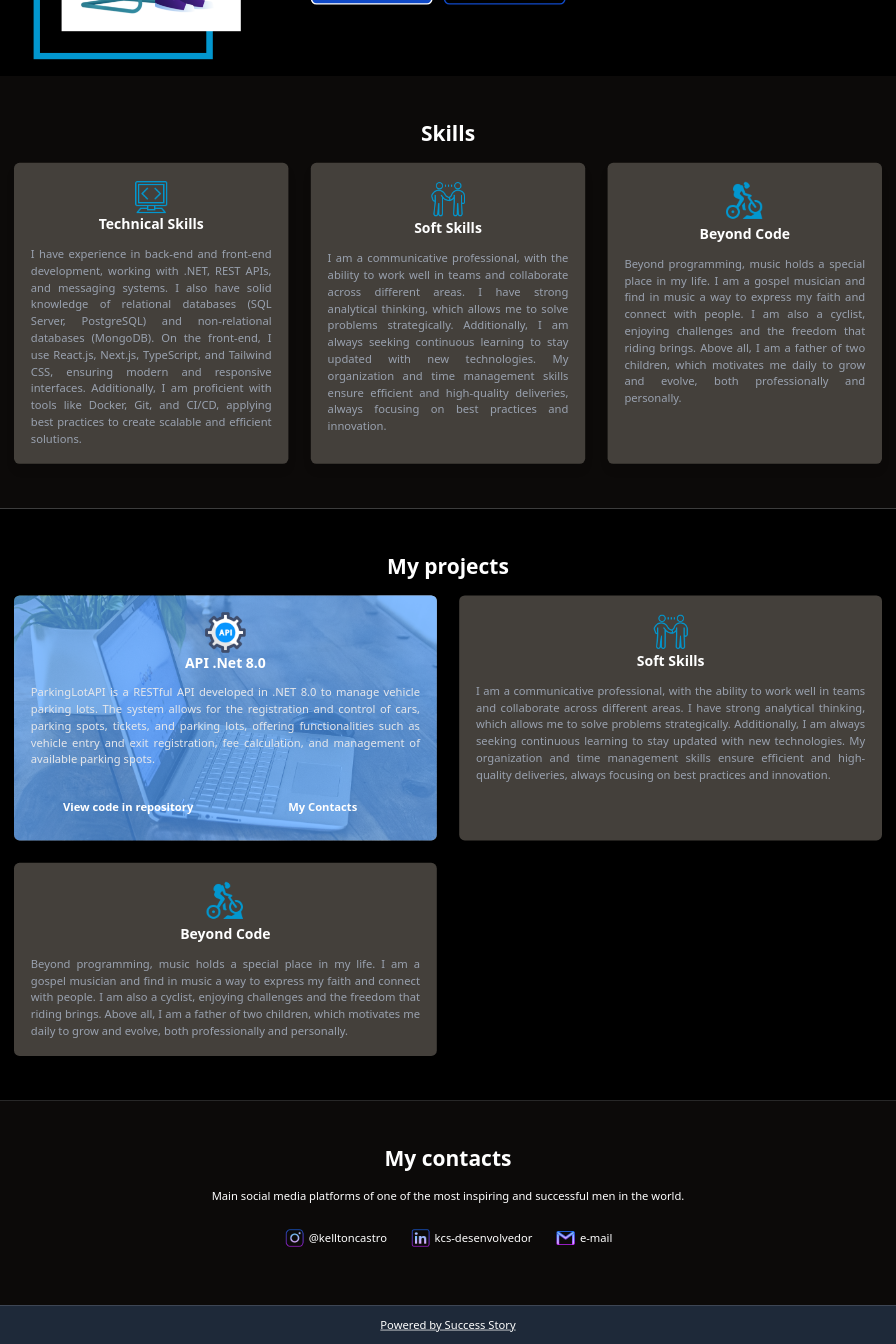
Repository: kcsdesenvolvedor/portfolio
Page: src/index.html
These files come from the project's save history. The page is drawn as it stood at one moment and after the next save; the edit follows.
The browser window is 1280 px wide. The pictures show the part of the page from y = 862 to 2782 px (the page is 2782 px tall before and 2758 px after), at 70% of full size.

Above is the page before, as saved 2025-03-04 21:57:54.
Console error: TypeError: Cannot read properties of null (reading 'textContent')

### src/index.html
<!DOCTYPE html>
<html lang="en">
<head>
    <meta charset="UTF-8">
    <meta name="viewport" content="width=device-width, initial-scale=1.0">
    <link rel="icon" href="./img/favicon.png" type="image/x-icon">
    <link href="./output.css" rel="stylesheet">
    <title>Mansour-Page</title>
    <style>
        .typing-container {
        font-family: 'Courier New', monospace;
        font-size: 24px;
        color: #333;
        white-space: nowrap;
        overflow: hidden;
        border-right: 2px solid black;
        display: inline-block;
        animation: blink-caret 0.7s step-end infinite;
        }

        #typing-text {
            height: 40px;
        }

        @keyframes blink-caret {
        from, to {
            border-color: transparent;
        }
        50% {
            border-color: black;
        }
        }


        @keyframes fadeIn {
            from {
                opacity: 0;
                transform: translateY(20px);
            }
            to {
                opacity: 1;
                transform: translateY(0);
            }
        }

        .fade-in {
            animation: fadeIn 1s ease-in-out;
        }
    </style>
</head>
<body class="bg-gray-100 font-sans">
    <header>
        <nav class="fixed top-0 z-50 w-full px-4 py-4 flex justify-between items-center bg-stone-950">
            <a class="text-3xl font-bold leading-none" href="#">
                <img class="w-16" src="./img/logo.png" alt="">
            </a>
            <div class="lg:hidden">
                <button class="navbar-burger flex items-center text-blue-600 p-3">
                    <svg class="block h-4 w-4 fill-current" viewBox="0 0 20 20" xmlns="http://www.w3.org/2000/svg">
                        <title>Mobile menu</title>
                        <path d="M0 3h20v2H0V3zm0 6h20v2H0V9zm0 6h20v2H0v-2z"></path>
                    </svg>
                </button>
            </div>
            <ul class="hidden absolute top-1/2 left-1/2 transform -translate-y-1/2 -translate-x-1/2 lg:mx-auto lg:flex lg:items-center lg:w-auto lg:space-x-20">
                <li><a class="text-sm text-blue-600/80 dark:text-sky-400/80 hover:text-white" href="#home">Home</a></li>
                <li><a class="text-sm text-blue-600/80 dark:text-sky-400/80 hover:text-white" href="#about">About Me</a></li>
                <li><a class="text-sm text-blue-600/80 dark:text-sky-400/80 hover:text-white" href="#achievements">Achievements</a></li>
                <li><a class="text-sm text-blue-600/80 dark:text-sky-400/80 hover:text-white" href="#contact">My Contacts</a></li>
            </ul>
        </nav>
        <div class="navbar-menu fixed top-0 z-50 w-full hidden">
            <div class="navbar-backdrop fixed inset-0 bg-gray-800 opacity-25"></div>
            <nav class="fixed top-0 left-0 bottom-0 flex flex-col w-5/6 max-w-sm py-6 px-6 bg-white border-r overflow-y-auto">
                <div class="flex items-center mb-8">
                    <a class="mr-auto text-3xl font-bold leading-none" href="#">
                        <img class="w-16" src="./img/logo.png" alt="">
                    </a>
                    <button class="navbar-close">
                        <svg class="h-6 w-6 text-gray-400 cursor-pointer hover:text-gray-500" xmlns="http://www.w3.org/2000/svg" fill="none" viewBox="0 0 24 24" stroke="currentColor">
                            <path stroke-linecap="round" stroke-linejoin="round" stroke-width="2" d="M6 18L18 6M6 6l12 12"></path>
                        </svg>
                    </button>
                </div>
                <div>
                    <ul>
                        <li class="mb-1">
                            <a class="navbar-itemMenu block p-4 text-sm font-semibold text-gray-400 hover:bg-blue-50 hover:text-blue-600 rounded" href="#home">Home</a>
                        </li>
                        <li class="mb-1">
                            <a class="navbar-itemMenu block p-4 text-sm font-semibold text-gray-400 hover:bg-blue-50 hover:text-blue-600 rounded" href="#about">About Me</a>
                        </li>
                        <li class="mb-1">
                            <a class="navbar-itemMenu block p-4 text-sm font-semibold text-gray-400 hover:bg-blue-50 hover:text-blue-600 rounded" href="#achievements">Achievements</a>
                        </li>
                        <li class="mb-1">
                            <a class="navbar-itemMenu block p-4 text-sm font-semibold text-gray-400 hover:bg-blue-50 hover:text-blue-600 rounded" href="#contact">My Contacts</a>
                        </li>
                        <li>
                            <div class="border-t-2">
                                <a class="navbar-itemMenu block p-4 text-sm font-semibold text-gray-400 hover:bg-blue-50 hover:text-blue-600 rounded" href="https://kcode2025.github.io/sucess-history" target="_blank">Success Story</a>
                            </div>
                        </li>
                    </ul>
                </div>
                <div class="mt-auto">

                    <a href="https://kcode2025.github.io/sucess-history" target="_blank">
                        <p class="my-4 text-xs text-center text-gray-400">
                            Powered by Success Story
                        </p>
                    </a>
                </div>
            </nav>
        </div>
    </header>


    <!-- Home Section -->
    <section id="home" class="flex flex-col-reverse lg:flex-row lg:justify-around justify-between bg-stone-950 text-white text-center pt-20 lg:pb-0 pb-5 px-10 fade-in">
        <!-- Div do texto -->
        <div class="self-center w-full flex items-center justify-center">
            <div class="flex flex-col lg:w-2/4"> <!-- Ajuste essa div para ocupar 100% da largura -->
                <p class="text-md text-left">
                    Hello!
                </p>
                <p class="text-3xl text-blue-600/80 dark:text-sky-400/80 text-left font-semibold">
                    I´m Kellton Castro
                </p>
                <p class="text-lg text-gray-400 text-left font-semibold mb-2">
                    Freelance developer & Web Designer
                </p>
                <p class="text-xs text-gray-400 text-left font-semibold mb-8">
                    Welcome to my portfolio! Here you will find some of the projects I have developed throughout my journey as a developer and freelancer.
                </p>
                <a href="#contact" class="bg-blue-600/80 dark:bg-sky-400/80 text-white font-bold w-2/4 py-3 px-6 border-2 rounded-lg shadow-lg hover:bg-black hover:text-blue-600/80 hover:dark:text-sky-400/80 hover:border-blue-600/80 hover:dark:border-sky-400/80 hover:border-2 transition delay-150 duration-300 ease-in-out">
                    My Contacts
                </a>
            </div>
        </div>

        <!-- Div da imagem -->
        <div class="flex justify-center lg:justify-end lg:w-2/4">
            <img class="min-w-2/4 object-contain" src="./img/perfil-portfolio2.png">
        </div>
    </section>

    <!-- Sobre -->
    <section id="about" class="flex flex-col lg:flex-row items-center justify-center space-y-10 lg:space-y-0 lg:space-x-20 py-16 bg-black border-r-gray-900 fade-in">
        <div class="relative flex justify-center">
            <!-- Moldura (posição de fundo) -->
            <img src="./img/moldura.png" class="w-3xs h-3xs absolute -left-5 top-5 lg:-left-10 lg:top-10" alt="moldura do perfil">

            <!-- Imagem de perfil (fica por cima) -->
            <img src="./img/perfil-portfolio1.png" class="w-3xs h-3xs relative z-10" alt="meu perfil">
        </div>
        <div class="px-5 w-full lg:w-3xl text-center lg:text-left">
            <h3 class="text-3xl text-white font-bold mb-2">About me</h3>
            <div class="w-20 h-0.5 bg-blue-600/80 dark:bg-sky-400/80 mb-3 mx-auto lg:mx-0"></div>
            <p class="text-gray-400 text-left w-full mb-8">
                I am a developer with 4 years of experience, working both in the corporate market and as a freelancer. Graduated in Systems Analysis and Development, I have experience in back-end and front-end development, contributing to the creation of efficient and scalable solutions. My approach involves continuous learning, always striving to keep up with new technologies and industry trends. I have a strong commitment to code quality, usability, and performance, ensuring that each delivered project adds value and innovation.
            </p>
            <div class="flex flex-col lg:flex-row w-full lg:w-2/4 gap-4">
                <a href="#contact" class="bg-blue-600/80 dark:bg-sky-400/80 text-center text-white font-bold w-full lg:w-2/4 py-3 px-6 border-2 rounded-lg shadow-lg hover:bg-black hover:text-blue-600/80 hover:dark:text-sky-400/80 hover:border-blue-600/80 hover:dark:border-sky-400/80 hover:border-2 transition delay-150 duration-300 ease-in-out">
                    My Contacts
                </a>
                <a href="#contact" class="bg-black text-center border-blue-600/80 dark:border-sky-400/80 text-blue-600/80 dark:text-sky-400/80 font-bold w-full lg:w-2/4 py-3 px-6 border-2 rounded-lg shadow-lg hover:text-white hover:border-white hover:border-2 transition delay-150 duration-300 ease-in-out">
                    Download CV
                </a>
            </div>
        </div>
    </section>



    <!-- Skills -->
    <section id="achievements" class="py-16 bg-stone-950 fade-in">
        <div class="container mx-auto text-center">
            <h3 class="text-3xl text-white font-bold mb-6">Skills</h3>
            <div class="px-5 grid grid-cols-1 md:grid-cols-3 gap-8">
                <div class="flex flex-col items-center bg-stone-700 p-6 rounded-lg shadow-lg transition delay-150 duration-300 transform hover:scale-105 hover:shadow-xl">
                    <img src="./img/hard-skills.png" alt="image hard skills">
                    <h4 class="text-xl text-white font-bold mb-4">Technical Skills</h4>
                    <p class="text-gray-400 text-justify">I have experience in back-end and front-end development, working with .NET, REST APIs, and messaging systems. I also have solid knowledge of relational databases (SQL Server, PostgreSQL) and non-relational databases (MongoDB). On the front-end, I use React.js, Next.js, TypeScript, and Tailwind CSS, ensuring modern and responsive interfaces. Additionally, I am proficient with tools like Docker, Git, and CI/CD, applying best practices to create scalable and efficient solutions.</p>
                </div>
                <div class="flex flex-col items-center bg-stone-700 p-6 rounded-lg shadow-lg transition delay-150 duration-300 transform hover:scale-105 hover:shadow-xl">
                    <img src="./img/soft-skills.png" class="h-14" alt="image soft skills">
                    <h4 class="text-xl text-white font-bold mb-4">Soft Skills</h4>
                    <p class="text-gray-400 text-justify">I am a communicative professional, with the ability to work well in teams and collaborate across different areas. I have strong analytical thinking, which allows me to solve problems strategically. Additionally, I am always seeking continuous learning to stay updated with new technologies. My organization and time management skills ensure efficient and high-quality deliveries, always focusing on best practices and innovation.</p>
                </div>
                <div class="flex flex-col items-center bg-stone-700 p-6 rounded-lg shadow-lg transition delay-150 duration-300 transform hover:scale-105 hover:shadow-xl">
                    <img src="./img/beyond-code.png" alt="imagem de beyond code">
                    <h4 class="text-xl text-white font-bold mb-4">Beyond Code</h4>
                    <p class="text-gray-400 text-justify">Beyond programming, music holds a special place in my life. I am a gospel musician and find in music a way to express my faith and connect with people. I am also a cyclist, enjoying challenges and the freedom that riding brings. Above all, I am a father of two children, which motivates me daily to grow and evolve, both professionally and personally.</p>
                </div>
            </div>
        </div>
    </section>

    <!-- Projetos -->
    <section id="achievements" class="py-16 bg-black fade-in">
        <div class="container mx-auto text-center">
            <h3 class="text-3xl text-white font-bold mb-6">My projects</h3>
            <div class="px-5 grid grid-cols-1 md:grid-cols-2 gap-8">
                <div class="relative bg-stone-700 p-6 rounded-lg shadow-lg
                bg-[url('./img/homeoffice.jpg')] bg-cover bg-center bg-opacity-20">
                    <div class="absolute inset-0 bg-blue-400/70 rounded-lg"></div>
                    <div class="relative z-10 flex flex-col items-center">
                        <img src="./img/api.png" alt="image api">
                        <h4 class="text-xl text-white font-bold mb-4">API .Net 8.0</h4>
                        <p class="text-gray-200 text-justify">ParkingLotAPI is a RESTful API developed in .NET 8.0 to manage vehicle parking lots. The system allows for the registration and control of cars, parking spots, tickets, and parking lots, offering functionalities such as vehicle entry and exit registration, fee calculation, and management of available parking spots.</p>
                        <div class="flex justify-between mt-8 w-full">
                            <a href="#contact" class=" text-white font-semibold w-full lg:w-2/4 py-3 px-6 hover:text-blue-600/80 hover:dark:text-sky-400/80 transition delay-150 duration-300 ease-in-out">
                                View code in repository
                            </a>
                            <a href="#contact" class=" text-white font-semibold w-full lg:w-2/4 py-3 px-6 hover:text-blue-600/80 hover:dark:text-sky-400/80 transition delay-150 duration-300 ease-in-out">
                                My Contacts
                            </a>
                        </div>
                    </div>
                </div>
                <div class="flex flex-col items-center bg-stone-700 p-6 rounded-lg shadow-lg">
                    <img src="./img/soft-skills.png" class="h-14" alt="image soft skills">
                    <h4 class="text-xl text-white font-bold mb-4">Soft Skills</h4>
                    <p class="text-gray-400 text-justify">I am a communicative professional, with the ability to work well in teams and collaborate across different areas. I have strong analytical thinking, which allows me to solve problems strategically. Additionally, I am always seeking continuous learning to stay updated with new technologies. My organization and time management skills ensure efficient and high-quality deliveries, always focusing on best practices and innovation.</p>
                </div>
                <div class="flex flex-col items-center bg-stone-700 p-6 rounded-lg shadow-lg">
                    <img src="./img/beyond-code.png" alt="imagem de beyond code">
                    <h4 class="text-xl text-white font-bold mb-4">Beyond Code</h4>
                    <p class="text-gray-400 text-justify">Beyond programming, music holds a special place in my life. I am a gospel musician and find in music a way to express my faith and connect with people. I am also a cyclist, enjoying challenges and the freedom that riding brings. Above all, I am a father of two children, which motivates me daily to grow and evolve, both professionally and personally.</p>
                </div>
            </div>
        </div>
    </section>

    <!-- Contato -->
    <section id="contact" class="py-16 bg-stone-950 text-white text-center fade-in">
        <div class="container mx-auto px-2">
            <h3 class="text-3xl font-bold mb-6">My contacts</h3>
            <p class="mb-8">Main social media platforms of one of the most inspiring and successful men in the world.</p>
            <form class="max-w-lg mx-auto">
                <div class="flex flex-col justify-center lg:flex-row mb-4 gap-8">
                    <a href="https://www.cityfootballgroup.com/" target="_blank">
                        <div class="flex gap-1 items-center">
                            <img class="h-8 w-8" src="./img/instagram.png" alt="imagem do instagram">
                            <p class="text-1xl">@kelltoncastro</p>
                        </div>
                    </a>
                    <a href="https://x.com/HHmansour" target="_blank">
                        <div class="flex gap-1 items-center">
                            <img class="h-8 w-8" src="./img/linkedin.png" alt="imagem do linkedin">
                            <p class="text-1xl">kcs-desenvolvedor</p>
                        </div>
                    </a>
                    <a href="https://x.com/HHmansour" target="_blank">
                        <div class="flex gap-1 items-center">
                            <img class="h-8 w-8" src="./img/gmail.png" alt="imagem do gmail">
                            <p class="text-1xl">e-mail</p>
                        </div>
                    </a>
                </div>
            </form>
        </div>
    </section>

    <!-- Footer -->
    <footer class="bg-gray-800 text-white text-center py-4">
        <a class="cursor-pointer" href="https://kcode2025.github.io/sucess-history" target="_blank"><p class="underline">Powered by Success Story</p></a>
    </footer>

    <!-- Script -->
    <script>
        // Burger menus
        document.addEventListener('DOMContentLoaded', function() {
            // open
            const burger = document.querySelectorAll('.navbar-burger');
            const menu = document.querySelectorAll('.navbar-menu');

            if (burger.length && menu.length) {
                for (var i = 0; i < burger.length; i++) {
                    burger[i].addEventListener('click', function() {
                        for (var j = 0; j < menu.length; j++) {
                            menu[j].classList.toggle('hidden');
                        }
                    });
                }
            }

            // close
            const close = document.querySelectorAll('.navbar-close');
            const backdrop = document.querySelectorAll('.navbar-backdrop');
            const itemMenu = document.querySelectorAll('.navbar-itemMenu');

            if (close.length) {
                for (var i = 0; i < close.length; i++) {
                    close[i].addEventListener('click', function() {
                        for (var j = 0; j < menu.length; j++) {
                            menu[j].classList.toggle('hidden');
                        }
                    });
                }
            }

            if (backdrop.length) {
                for (var i = 0; i < backdrop.length; i++) {
                    backdrop[i].addEventListener('click', function() {
                        for (var j = 0; j < menu.length; j++) {
                            menu[j].classList.toggle('hidden');
                        }
                    });
                }
            }

            if (itemMenu.length) {
                for (var i = 0; i < itemMenu.length; i++) {
                    itemMenu[i].addEventListener('click', function() {
                        for (var j = 0; j < menu.length; j++) {
                            menu[j].classList.toggle('hidden');
                        }
                    });
                }
            }
        });

        // animação de digitação

        const texts = [
        "Visionary Leader",
        "Sports Enthusiast",
        "City Football Group Owner",
        "Innovative Investor",
        "Philanthropist",
        "Economic Pioneer",
        "Influential Figure",
        "Strategic Thinker",
        "Cultural Advocate",
        "Inspiring Icon"
        ];

        let currentTextIndex = 0;
        let charIndex = 0;
        const typingSpeed = 100; // Velocidade de digitação (ms por caractere)
        const erasingSpeed = 50; // Velocidade de apagar
        const delayBetweenTexts = 2000; // Tempo antes de trocar para o próximo texto

        const typingElement = document.getElementById("typing-text");

        function typeText() {
        if (charIndex < texts[currentTextIndex].length) {
            typingElement.textContent += texts[currentTextIndex].charAt(charIndex);
            charIndex++;
            setTimeout(typeText, typingSpeed);
        } else {
            setTimeout(eraseText, delayBetweenTexts);
        }
        }

        function eraseText() {
        if (charIndex > 0) {
            typingElement.textContent = texts[currentTextIndex].substring(0, charIndex - 1);
            charIndex--;
            setTimeout(eraseText, erasingSpeed);
        } else {
            currentTextIndex = (currentTextIndex + 1) % texts.length;
            setTimeout(typeText, typingSpeed);
        }
        }

        // Começar a animação
        document.addEventListener("DOMContentLoaded", () => {
        setTimeout(typeText, delayBetweenTexts);
        });

        </script>
</body>
</html>

Loaded but not shown: src/output.css (3548 lines, source omitted)

After the next save:
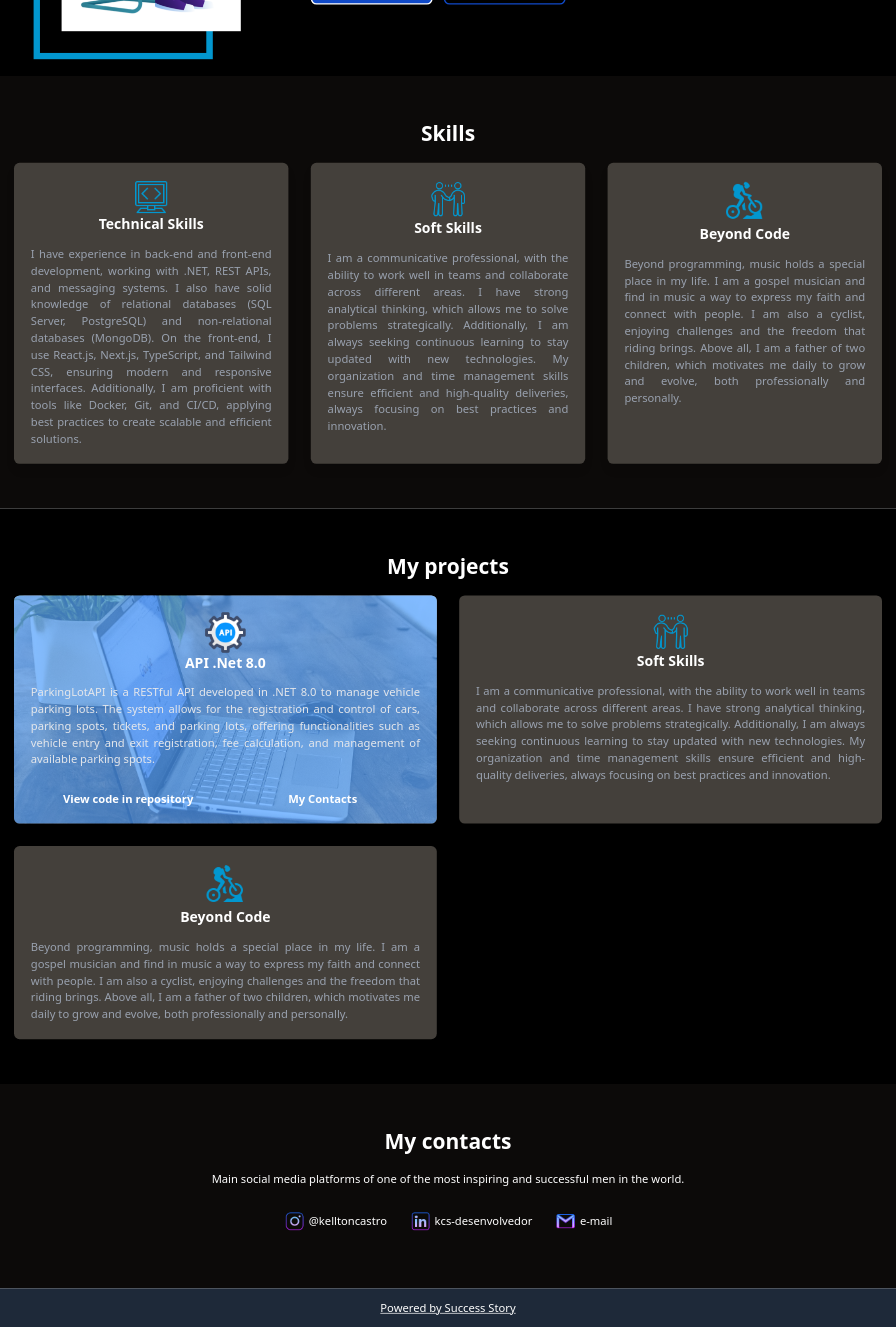
Saved 45 s later.
--- a/src/index.html
+++ b/src/index.html
@@ -210,10 +210,10 @@
                         <h4 class="text-xl text-white font-bold mb-4">API .Net 8.0</h4>
                         <p class="text-gray-200 text-justify">ParkingLotAPI is a RESTful API developed in .NET 8.0 to manage vehicle parking lots. The system allows for the registration and control of cars, parking spots, tickets, and parking lots, offering functionalities such as vehicle entry and exit registration, fee calculation, and management of available parking spots.</p>
                         <div class="flex justify-between mt-8 w-full">
-                            <a href="#contact" class=" text-white font-semibold w-full lg:w-2/4 py-3 px-6 hover:text-blue-600/80 hover:dark:text-sky-400/80 transition delay-150 duration-300 ease-in-out">
+                            <a href="#contact" class=" text-white font-semibold w-full lg:w-2/4 px-6 hover:text-blue-600/80 hover:dark:text-sky-400/80 transition delay-150 duration-300 ease-in-out">
                                 View code in repository
                             </a>
-                            <a href="#contact" class=" text-white font-semibold w-full lg:w-2/4 py-3 px-6 hover:text-blue-600/80 hover:dark:text-sky-400/80 transition delay-150 duration-300 ease-in-out">
+                            <a href="#contact" class=" text-white font-semibold w-full lg:w-2/4 px-6 hover:text-blue-600/80 hover:dark:text-sky-400/80 transition delay-150 duration-300 ease-in-out">
                                 My Contacts
                             </a>
                         </div>
